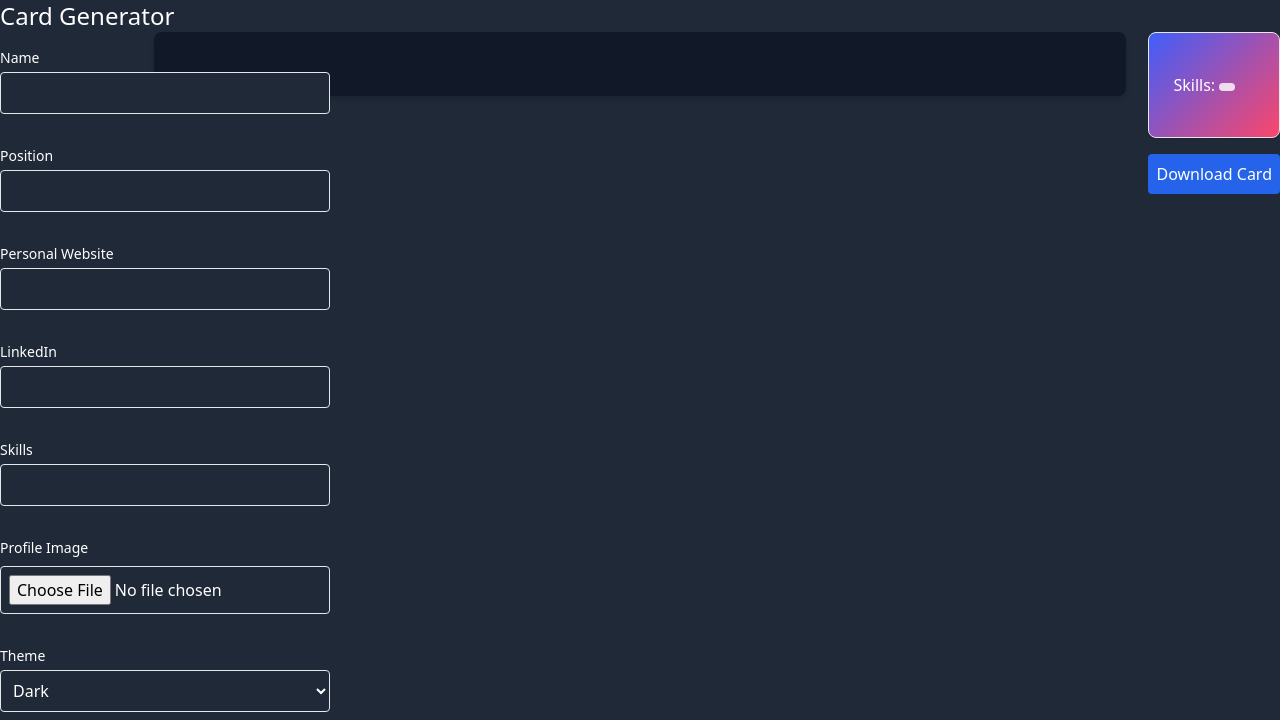
Repository: SmanSayeed/card-generator-react-application
Page: /
An editor plug-in stored every save of this project. The page is shown before and after the next save, followed by the edit.
The browser window is 1280 px wide. The pictures show the whole page.
The project was rebuilt for these pictures with package versions that can differ from the ones it lists, and the page was loaded fresh each time. Also part of the build but not shown: vite.config.js.

Above is the page before, as saved 2024-09-24 16:32:05.

After the next save:
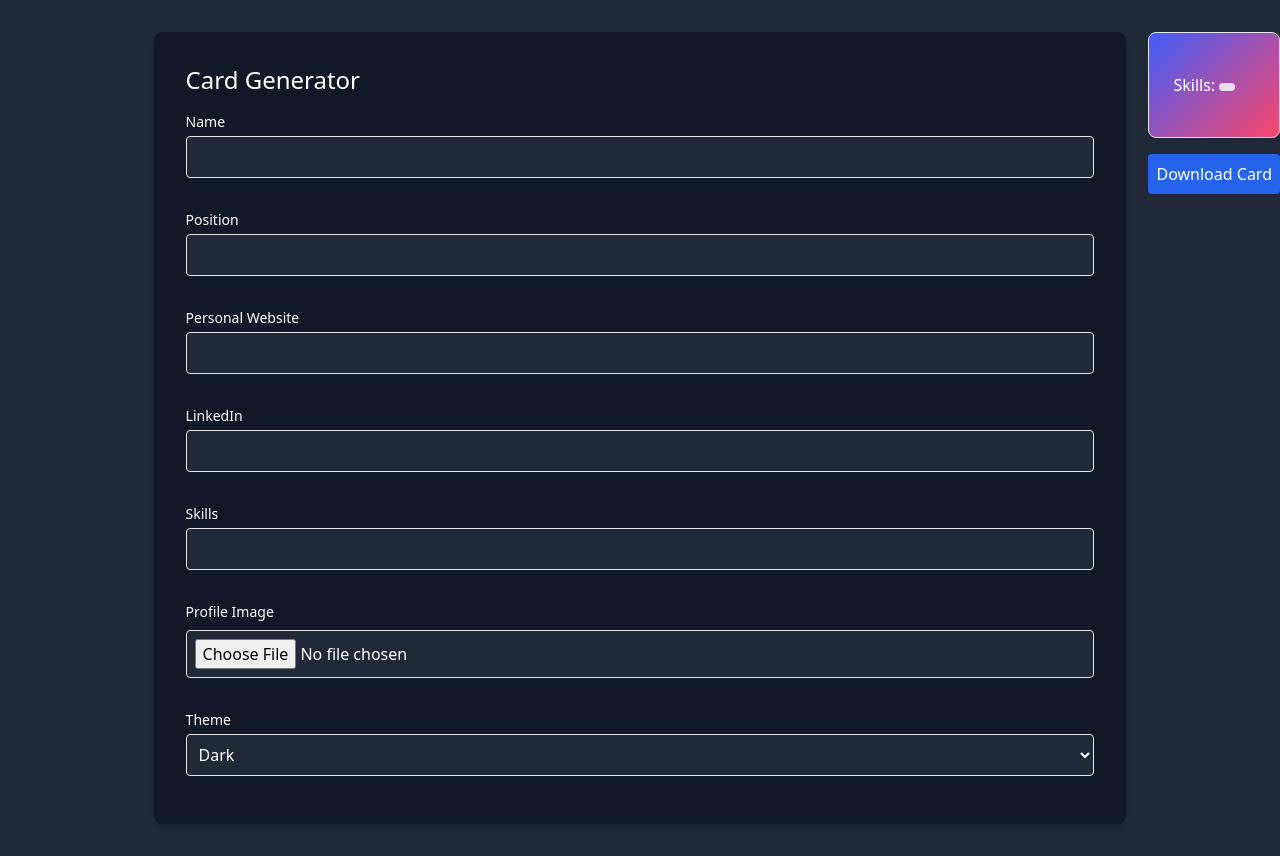
Saved 16 s later.
--- a/src/components/template/CardGenerator.jsx
+++ b/src/components/template/CardGenerator.jsx
@@ -19,8 +19,8 @@ const CardGenerator = () => {
 
   return (
     <div className="max-w-[80%] mx-auto bg-gray-900 text-white p-8 rounded-lg shadow-md ">
-      <div className="relative box-border ">
-        <div className="fixed top-0 left-0">
+      <div className="relative">
+        <div>
           <h1 className="text-2xl mb-4">Card Generator</h1>
           <CardForm />
         </div>
